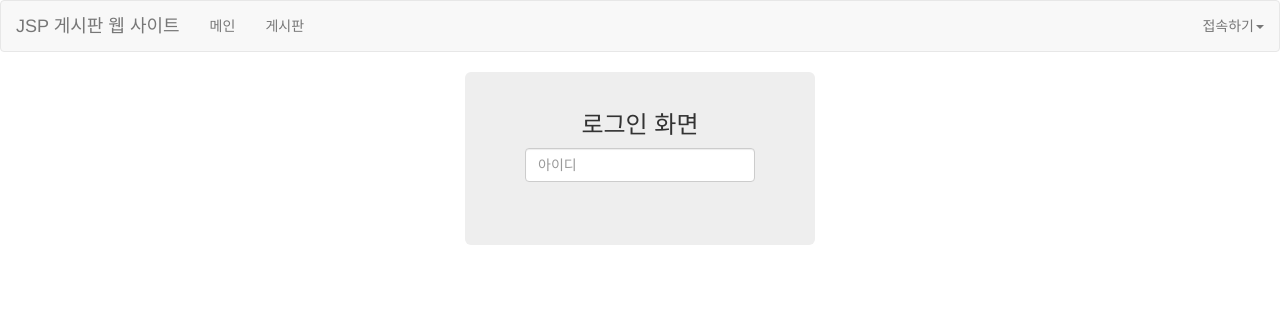
Repository: chyun94/JSP-
Page: http://localhost/BBS/join.jsp
The author's editor kept a copy of each file at every save. The page is drawn from the files as they stood at one save, then again after the next save.
The browser window is 1280 px wide. The pictures show the whole page.
Some web libraries are served in a nearby version. The page is served by Tomcat 9. Other server files are loaded and not shown.

Above is the page before, as saved 2021-05-07 11:30:23.

### BBS/WebContent/join.jsp
<%@ page language="java" contentType="text/html; charset=UTF-8"
	pageEncoding="UTF-8"%>
<!DOCTYPE html>
<html>
<head>
<meta http-equiv="Content-Type" content="text/html; charset="UTF-8">
<!-- 아래 메타 태그는 디바이스마다 크기를 설정하기 위해서 작한한 메타 태그 -->
<meta name="viewport" content="width=device-width" , initial-scale="1">
<link rel="stylesheet" href="css/bootstrap.css">

<title>JSP 게시판 웹 사이트</title>
</head>
<body>
	<nav class="navbar navbar-default">
		<div class="navbar-header">
			<button type="button" class="navbar-toggle collapsed"
				data-toggle="collapse" data-target="#bs-example-navbar-collapse-1"
				aria-expanded="false">

				<span class="icon-bar"></span> <span class="icon-bar"></span> <span
					class="icon-bar"></span>

			</button>
			<a class="navbar-brand" href="main.jsp">JSP 게시판 웹 사이트</a>
		</div>
		<div class="collapse navbar-collapse"
			id="bs-example-navbar-collapse-1">
			<ul class="nav navbar-nav">
				<li><a href="main.jsp">메인</a></li>
				<li><a href="bbs.jsp">게시판</a></li>
			</ul>

			<ul class="nav navbar-nav navbar-right">
				<li class="dropdown">
				<a href="#" class="dropdown-toggle"
				data-toggle="dropdown" role="button" aria-haspopup="true"
				aria-expanded="false">접속하기<span class="caret"></span></a>

				<ul class="dropdown-menu">
					<li class="active"><a href="login.jsp">로그인</a></li>
					<li><a href="join.jsp">회원가입</a></li>
				</ul>
			</li>
		</ul>
	</div>
</nav>
	<!-- 컨테이너로 하나로 감싸주기 -->
	<div class="container">
		<div class="col-lg-4"></div>
		<div class="col-lg-4">
			<div class="jumbotron" style="padding-top: 20px;">
				<form method="post"  action="loginAction.jsp">
					<h3 style="text-align: center;">로그인 화면</h3>
					<div class="form-group">
						<input type="text" class="form-control" placeholder="아이디" name="userID" maxlength="20">
					</div>
				</form>
			</div>
		</div>
	</div>
	<div class="col-lg-4"></div>

	<script src="https://code.jquery.com/jquery-3.1.1.min.js"></script>
	<script src="js/bootstrap.js"></script>

</body>
</html>

Loaded but not shown: BBS/WebContent/css/bootstrap.css (library); BBS/WebContent/js/bootstrap.js (library)

After the next save:
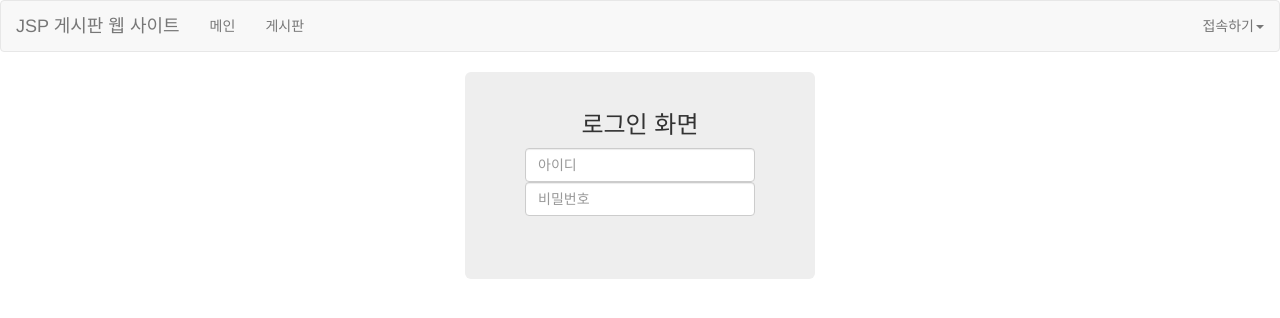
Saved 16 s later.
--- a/BBS/WebContent/join.jsp
+++ b/BBS/WebContent/join.jsp
@@ -53,6 +53,7 @@
 					<h3 style="text-align: center;">로그인 화면</h3>
 					<div class="form-group">
 						<input type="text" class="form-control" placeholder="아이디" name="userID" maxlength="20">
+						<input type="text" class="form-control" placeholder="비밀번호" name="userPassword" maxlength="20">
 					</div>
 				</form>
 			</div>
